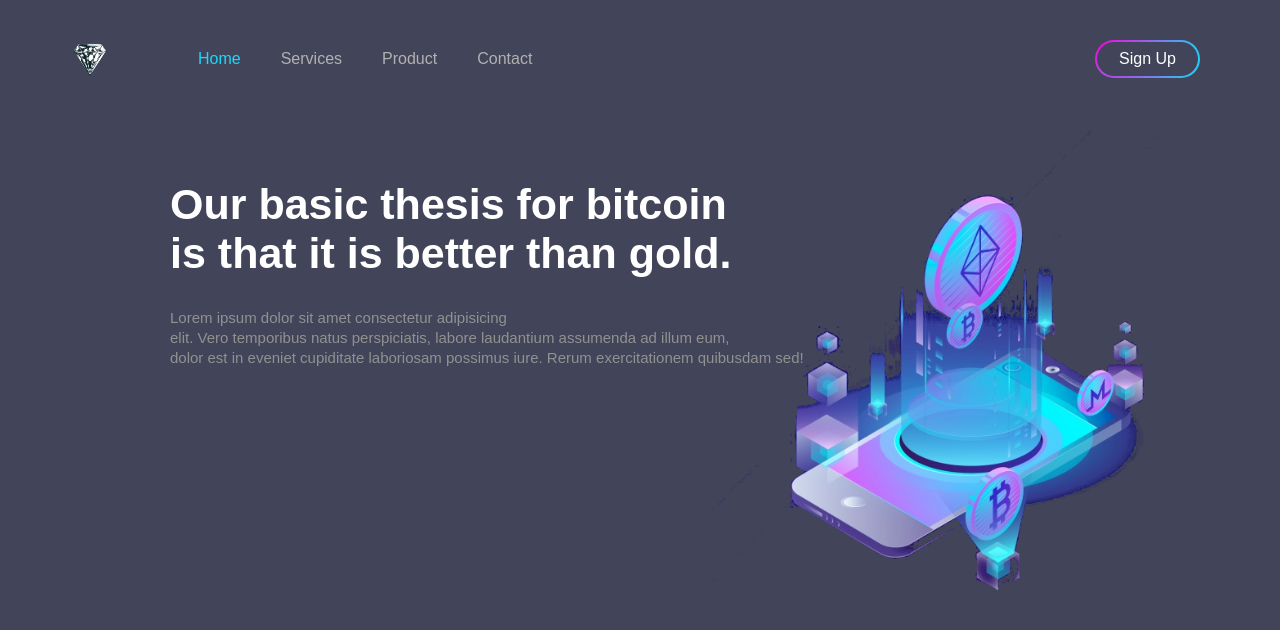
Repository: Aakarshit-Sharma19/Basic-HTML-and-CSS-Page-
Page: index.html
These files come from the project's save history. The page is drawn as it stood at one moment and after the next save; the edit follows.
The browser window is 1280 px wide. The pictures show the whole page.

Above is the page before, as saved 2020-11-10 15:35:47.

### index.html
<!DOCTYPE html>
<html lang="en">

<head>
    <title>Crypto Currency Web App - Easy Tutorials</title>
    <link rel="stylesheet" href="style.css">
</head>

<body>
    <div class="container">
        <div class="menu">
            <ul>
                <li class="logo"><img src="1349.png" alt="diamond"></li>
                <li class="active">Home</li>
                <li>Services</li>
                <li>Product</li>
                <li>Contact</li>
                <li><a href="#" class="signup-btn"><span>Sign Up</span></a></li>
            </ul>
        </div>
        <div class="banner">
            <div class="app-text">
                <h1>Our basic thesis for bitcoin <br> is that it is better than gold.</h1>
                <p>Lorem ipsum dolor sit amet consectetur adipisicing <br>elit. Vero temporibus natus perspiciatis,
                    labore
                    laudantium assumenda ad illum eum,<br>  dolor est in eveniet cupiditate laboriosam possimus iure.
                    Rerum
                    exercitationem quibusdam sed!</p>
            </div>
            <div class="app-picture">
                <img src="background.png" alt="">
            </div>
        </div>
    </div>
</body>

</html>

### style.css
* {
    margin: 0;
    padding: 0;
    font-family: sans-serif;
}

body{
    background: #42455a;
}
.container{
    width: 100%;
    height: 100%;
}

.menu ul{
    display: inline-flex;
    margin: 50px;
}

.menu ul li{
    list-style: none;
    margin: 0 20px;
    color: #b2b1b1;
    cursor: pointer;
}

.logo img{
    width: 40px;
    margin-top: -12px;
    margin-right: 48px;
}

.active{
    color: #19dafa!important;
}

.signup-btn{
    top: 40px;
    right: 80px;
    position: absolute;
    text-decoration: none;
    color: #fff;
    border: 2px solid transparent;
    border-radius: 20px;
    background-image: linear-gradient(#42455a, #42455a), radial-gradient(circle at top left, #fd00da, #19d7f8);
    background-origin: border-box;
    background-clip: content-box,border-box;
}

.signup-btn span{
    display: block;
    padding: 8px 22px;
}

.banner{
    width: 80%;
    height: 70%;
    top: 25%;
    left: 130px;
    position: absolute;
    color: #fff;
}

.app-text{
    width: 50%;
    float: left;
}

.app-text h1{
    font-size: 43px;
    width: 640px;
    position: relative;
    margin-left: 40px;
}

.app-text p{
    font-size: 15px;
    width: 650px;
    margin: 30px 0 30px 40px;
    line-height: 20px;
    color: #919191;
}

.app-picture{
    width: 50%;
    float: right;
}

.app-picture img{
    width: 100%;
    margin-top: -50px;
    padding-left: 70px;
}

After the next save:
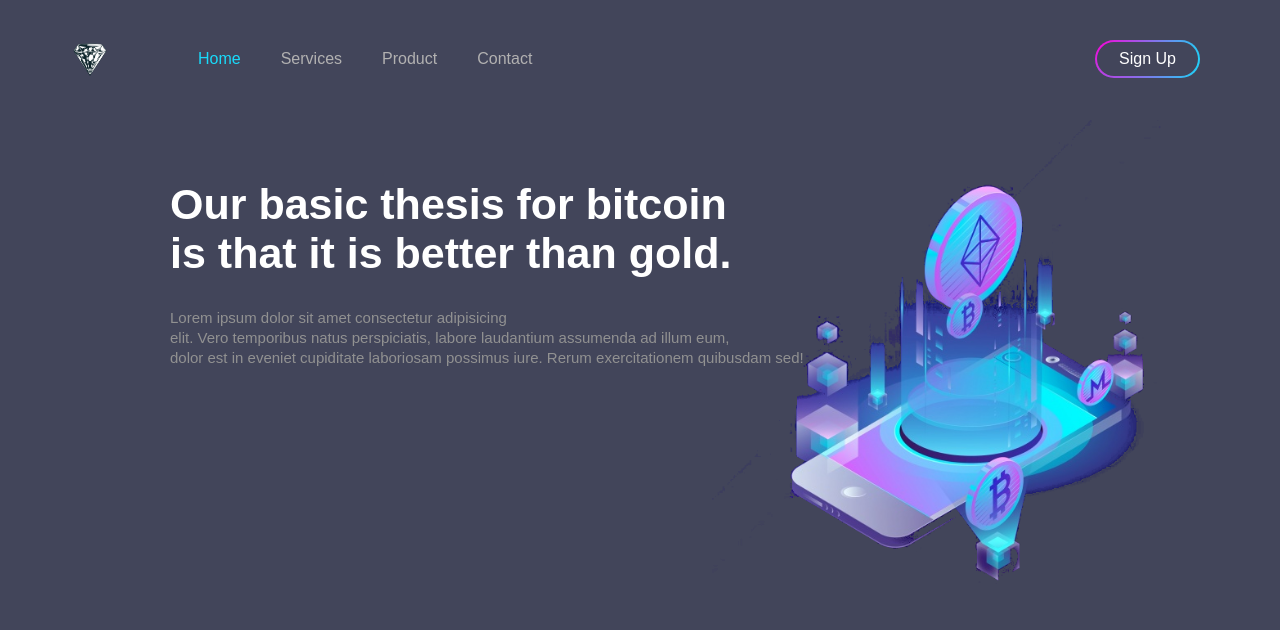
Saved 7 s later.
--- a/style.css
+++ b/style.css
@@ -88,6 +88,6 @@ body{
 
 .app-picture img{
     width: 100%;
-    margin-top: -50px;
+    margin-top: -60px;
     padding-left: 70px;
 }
